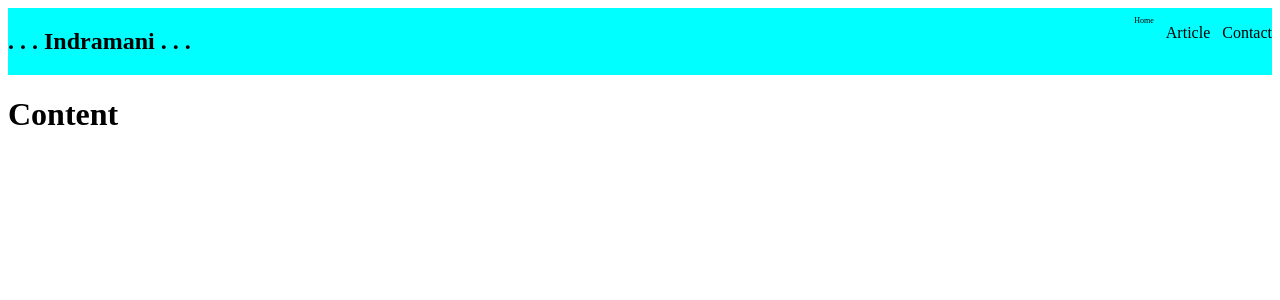
Repository: indramani7271/Indramani-First
Page: /
The author's editor kept a copy of each file at every save. The page is drawn from the files as they stood at one save, then again after the next save.
The browser window is 1280 px wide. The pictures show the whole page.
The project was rebuilt for these pictures with package versions that can differ from the ones it lists, and the page was loaded fresh each time. Also part of the build but not shown: vite.config.js, src/index.css.

Above is the page before, as saved 2024-12-02 17:17:08.

### src/App.jsx
import Navbar from "./Component/Navbar";

function App() {


  return (
    <div>

<Navbar />

      <h1>Content</h1>
    </div>
  )


}


export default App;

### src/Component/Navbar.jsx
function Navbar() {
    return(
        <div style={{display:"flex" , justifyContent:"space-between", backgroundColor:"aqua"}}>

<div>
<h2>. . . Indramani . . .</h2>
</div>

<div style={{display:"flex" , justifyContent:"space-between", gap:"12px", backgroundColor:"aqua"}}>

<p style={{fontSize:"8px"}}>Home</p>
<p>Article</p>
<p>Contact</p>

</div>

        </div>
    )

}

export default Navbar

Loaded but not shown: index.html (common file); src/main.jsx (common file)

After the next save:
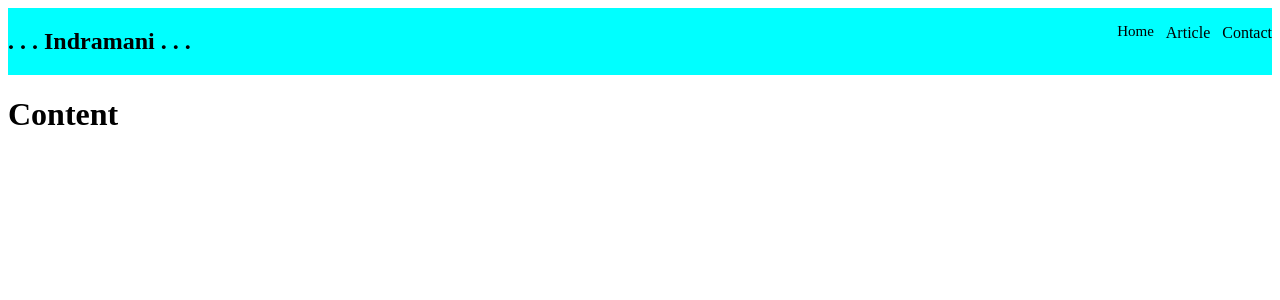
Saved 21 s later.
--- a/src/Component/Navbar.jsx
+++ b/src/Component/Navbar.jsx
@@ -8,7 +8,7 @@ function Navbar() {
 
 <div style={{display:"flex" , justifyContent:"space-between", gap:"12px", backgroundColor:"aqua"}}>
 
-<p style={{fontSize:"8px"}}>Home</p>
+<p style={{fontSize:"15px"}}>Home</p>
 <p>Article</p>
 <p>Contact</p>
 
